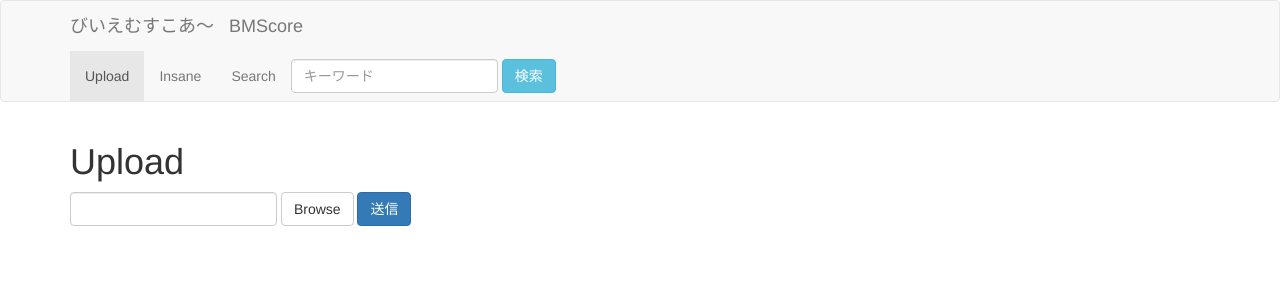
Repository: h1dia/bmscore
Page: upload.html
The author's editor kept a record of every edit. The page is drawn from the files as they stood at one moment, then again after the next edit.
The browser window is 1280 px wide. The pictures show the whole page.
Some web libraries are served in a nearby version.

Above is the page before.

After the next edit:
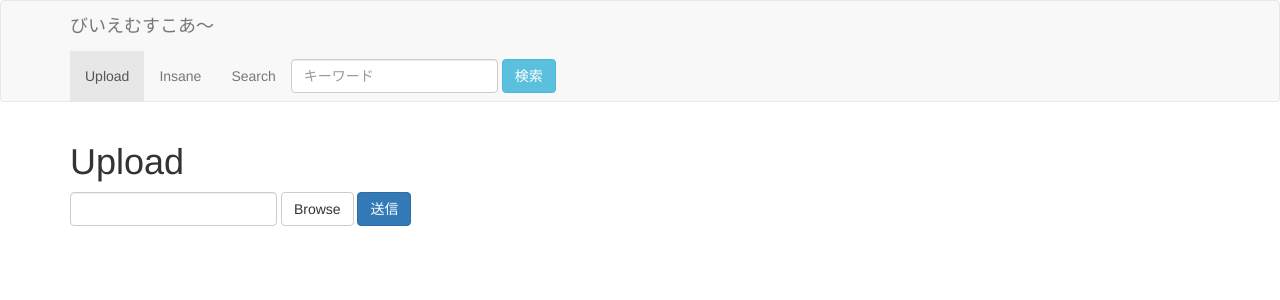
The edit:
--- a/upload.html
+++ b/upload.html
@@ -35,7 +35,8 @@
 
         <!-- ヘッダ情報 -->
         <div class="collapse navbar-collapse" id="navbar-menu">
-            <a class="navbar-brand" href="#">BMScore</a>
+
+
         </div>
         <!-- リストの配置 -->
         <ul class="nav navbar-nav">
